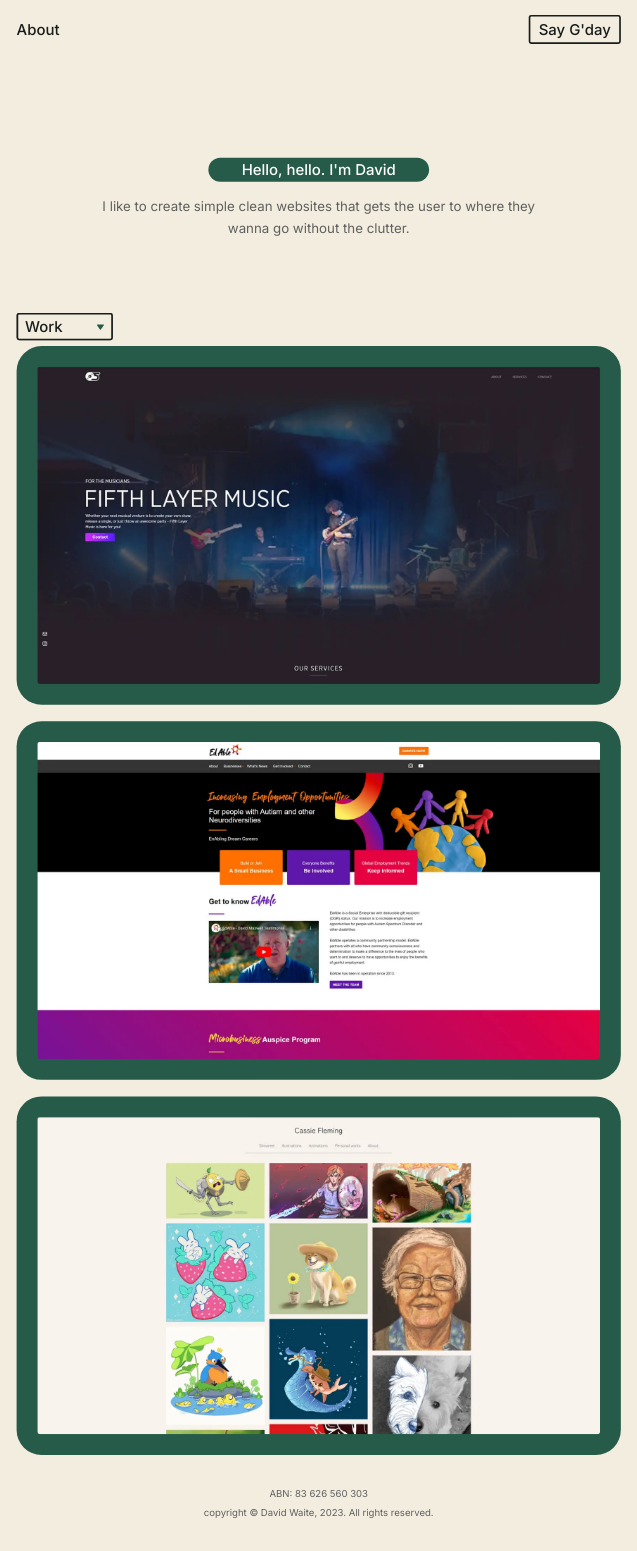
Repository: David-Waite/David-Waite-Portfolio
Page: /
An editor plug-in stored every save of this project. The page is shown before and after the next save, followed by the edit.
The browser window is 768 px wide. The pictures show the whole page, at 83% of full size.
The project was rebuilt for these pictures with package versions that can differ from the ones it lists, and the page was loaded fresh each time. Some packages were replaced by stand-ins written for this rebuild. The framework's server and built-in components were replaced by stand-ins that run in the browser. Also part of the build but not shown: next.config.js.

Above is the page before, as saved 2023-07-28 08:40:20.

### app/layout.tsx
import "./globals.css";
import type { Metadata } from "next";
import { Inter } from "next/font/google";
import NavBar from "./components/Nav/NavBar/NavBar";
import Footer from "./components/Footer/Footer";

const inter = Inter({ subsets: ["latin"] });

export const metadata: Metadata = {
  title: "David Waite | Web Developer",
  description: `David Waite. Web Developer. I like to create simple clean websites that gets the user to where they wanna go without the clutter.`,
  formatDetection: {
    telephone: false,
  },
};

export default function RootLayout({
  children,
}: {
  children: React.ReactNode;
}) {
  return (
    <html lang="en">
      <body className={inter.className}>
        <NavBar />
        <div className="content">{children}</div>

        <Footer />
      </body>
    </html>
  );
}

### app/page.tsx
import Projects from "./components/Home/Projects/Projects";
import styles from "./page.module.css";

export default function Home() {
  return (
    <main className={styles.main}>
      <div className={styles.headingContainer}>
        <h1>Hello, hello. I&apos;m David</h1>
        <p>
          I like to create simple clean websites that gets the user to where
          they wanna go without the clutter.
        </p>
      </div>
      <div className={styles.projectContainer}>
        <Projects />
      </div>
    </main>
  );
}

### app/contact/send/route.ts
import mail from "@sendgrid/mail";
import { NextResponse } from "next/server";

// Create an api key in sendgrid and store someplace safe
mail.setApiKey(process.env.SENDGRID_API_KEY || "");

type ResponseData = {
  status?: string;
  message?: string;
};

export async function POST(request: Request) {
  let response: ResponseData = {};
  const body = await request.json();
  // I know the formData I sent in my request has name, email, and message fields so I'm just manually grabbing them to format a message
  const message = `
    Name: ${body.name}\r\n
    Email: ${body.email}\r\n
    Message: ${body.message}

  `;
  const data = {
    to: "davidwaite122@gmail.com",
    from: "davidwaiteportfolio@zohomail.com.au",
    subject: "Contact Message via Sendgrid",
    text: message,
    html: message.replace(/\r\n/g, "<br>"),
  };

  // Send the data and create a response object. I'm using status and message to display a success or fail notification in the UI
  await mail
    .send(data)
    .then(() => {
      response = {
        status: "success",
        message: "Your message was sent. I'll be in contact shortly.",
      };
    })
    .catch((error) => {
      response = {
        status: "error",
        message: `Message failed to send with error, ${error}`,
      };
    });

  return NextResponse.json(response);
}

### app/globals.css
:root {
  --primary: #255b48;
  --black: #191d1b;
  --background: #f3eddf;
  --white: #ffffff;
  --grey: #606060;
  --error: #a83c23;
}

.paragraph {
  font-size: 18px;
  font-style: normal;
  font-weight: 400;
  line-height: 25.2px;
  color: var(--black);
}

body {
  background-color: var(--background);
  min-height: 100vh;
  display: flex;
  flex-direction: column;
}

.content {
  min-height: calc(100vh - 186px);
}
* {
  padding: 0;
  margin: 0;
  box-sizing: border-box;
}

### app/components/Nav/NavBar/NavBar.tsx
"use client";
import NavButton from "../NavButton/NavButton";
import styles from "./navBar.module.css";
import { usePathname } from "next/navigation";

import Link from "next/link";

export default function NavBar() {
  const currentRoute = usePathname();

  return (
    <nav className={styles.container}>
      <Link
        className={styles.link}
        href={`./${currentRoute === "/" ? "about" : "/"}`}
      >
        {currentRoute === "/" ? "About" : "Home"}
      </Link>

      {currentRoute !== "/contact" && <NavButton />}
    </nav>
  );
}

### app/components/Footer/Footer.tsx
import styles from "./footer.module.css";

export default function Footer() {
  return (
    <footer className={styles.main}>
      <p>ABN: 83 626 560 303</p>
      <p>copyright © David Waite, 2023. All rights reserved.</p>
    </footer>
  );
}

### app/components/Home/Projects/Projects.tsx
"use client";

import Image from "next/image";
import styles from "./projects.module.css";
import Dropdown from "../Dropdown/Dropdown";
import { useState } from "react";

export default function About() {
  const projects: any = [
    {
      image: "/simplySpell.webp",
      imageAlt: "Simply Spell",
      link: "main--radiant-pasca-39ceb4.netlify.app",
      description: "An app to help with spelling",
      madeWith: ["React Native", "expo"],
    },
    {
      image: "/2022Porfolio.webp",
      imageAlt: "2022 portfolio",
      link: "myportfolio-three-psi.vercel.app",
      description: "My portfolio from 2022",
      madeWith: ["Next.Js", "Contentful"],
    },
    {
      image: "/hannahsBirthday.webp",
      imageAlt: "hannahs birthday",
      link: "hannahs-birthday.vercel.app",
      description: "A birthday reminder",
      madeWith: ["React.Js"],
    },
    {
      image: "/zappoWebsite.webp",
      imageAlt: "zappo website landing page",
      link: "zappo-fan-page.vercel.app/",
      description: "A page showcasing my favourite lolly ",
      madeWith: ["React.Js"],
    },
    {
      image: "/boredAPI.webp",
      imageAlt: "boredAPI",
      link: "main--endearing-lebkuchen-f290d5.netlify.app",
      description: "Playing around with bored API",
      madeWith: ["JavaScript"],
    },
    {
      image: "/colourFlipper.webp",
      imageAlt: "colour Flipper main page",
      link: "main--superb-zuccutto-1e7bc5.netlify.app",
      description: "A random colour generator",
      madeWith: ["JavaScript"],
    },
  ];

  const work: any = [
    {
      image: "/FifthLayerMusic.webp",
      imageAlt: "Fifth layer music home",
      link: "fifth-layer-music.vercel.app",
      description: "A platform for musicians to do what they do best",
      madeWith: ["Next.Js"],
    },
    {
      image: "/EdAble.webp",
      imageAlt: "Edable Home",
      link: "www.edable.org.au",
      description:
        "A charity working on employing and educating in the field of autism",
      madeWith: ["Next.Js", "Contentful"],
    },
    {
      image: "/CassieFleming.webp",
      imageAlt: "Cassie Fleming illustrations",
      link: "www.cassiefleming.com",
      description: "An animation portfolio",
      madeWith: ["Next.Js", "Contentful"],
    },
  ];

  const [dropdown, setDropdown] = useState({
    selected: "Work",
    unselected: "Projects",
  });

  function handleSelect() {
    setDropdown((prev) => {
      return {
        selected: prev.unselected,
        unselected: prev.selected,
      };
    });
  }
  const data = dropdown.selected === "Projects" ? projects : work;

  const projectCardsElement: any = data.map((item: any) => {
    return (
      <div key={item.title} className={styles.contaner}>
        <div className={styles.outerContainer}>
          <div className={styles.projectsCard}>
            <div className={styles.projectContainer}>
              <div className={styles.projectInfo}>
                <div></div>
                <div>
                  <h2>{item.link}</h2>
                  <p>{item.description}</p>
                  <p className={styles.linkContainer}>
                    <a
                      href={`https://${item.link}`}
                      target="_blank"
                      className={styles.link}
                    >
                      View Website
                    </a>
                  </p>
                </div>

                <ul className={styles.madeWith}>
                  {item.madeWith.map((madewith: any) => (
                    <li key={item.title}>
                      {`${madewith}${
                        madewith === item.madeWith[item.madeWith.length - 1]
                          ? ""
                          : ","
                      }`}
                    </li>
                  ))}
                </ul>
              </div>

              <Image
                className={styles.projectImages}
                src={item.image}
                alt={item.imageAlt}
                fill={true}
              />
            </div>
          </div>
        </div>
      </div>
    );
  });
  return (
    <>
      <Dropdown onClick={handleSelect} dropdown={dropdown} />
      <div className={styles.projectsGrid}>{projectCardsElement}</div>
    </>
  );
}

### app/page.module.css
.main {
  margin: 0 30px;
}
.headingContainer {
  display: flex;
  flex-direction: column;
  align-items: center;
  margin: 120px 0px;
}

.headingContainer h1 {
  background-color: var(--primary);
  color: var(--white);
  font-size: 18px;
  font-weight: 500;
  padding: 4px 40px;
  border-radius: 20px;
  margin-bottom: 16px;
}

.headingContainer p {
  color: var(--grey);
  max-width: 550px;
  text-align: center;
  line-height: 27px;
}

@media (max-width: 768px) {
  .main {
    margin: 0 20px;
  }
  .projectContainer {
    margin: 0;
  }
}

@media (max-width: 425px) {
  .headingContainer h1,
  .headingContainer h1 p {
    font-size: 16px;
  }
}

### app/components/Nav/NavButton/NavButton.tsx
import styles from "./navButton.module.css";

import Link from "next/link";

export default function NavButton() {
  return (
    <Link className={styles.container} href={"./contact"}>
      Say G&apos;day
    </Link>
  );
}

### app/components/Nav/NavBar/navBar.module.css
.container {
  display: flex;
  align-items: center;
  justify-content: space-between;
  height: 70px;
  padding: 0 30px;
}

.link {
  color: var(--black);
  text-decoration: none;
  font-size: 18px;
  font-weight: 500;
  cursor: pointer !important;
}

.link:hover {
  color: var(--grey);
}

@media (max-width: 768px) {
  .container {
    padding: 0 20px;
  }
}
@media (max-width: 425px) {
  .link {
    font-size: 16px;
  }
}

### app/components/Footer/footer.module.css
.main {
  text-align: center;
  margin-top: 40px;
  margin-bottom: 40px;
  font-size: 11.52px;
  color: var(--grey);
  display: flex;
  flex-direction: column;
  gap: 8px;
}

### app/components/Home/Projects/projects.module.css
.projectsGrid {
  display: grid;
  grid-template-columns: 1fr 1fr 1fr;
  gap: 30px;
}

.projectsCard {
  background-color: var(--primary);
  height: calc((100vw / 3) / 16 * 9);
  border-radius: 30px;
  display: flex;
  align-items: center;
  justify-content: center;
}

.projectContainer {
  position: relative;
  height: calc(100% - 120px);
  width: calc(100% - 168px);
}
.projectImages {
  object-fit: contain;
  z-index: 0;
  transition: 0.4s;
  border-radius: 3px;
}
.projectInfo {
  position: absolute;
  top: 50%;
  left: 50%;
  width: 100%;
  height: 100%;
  transform: translate(-50%, -50%);
  z-index: 2;
  display: flex;
  flex-direction: column;
  justify-content: space-between;
  align-items: center;
  opacity: 0;
  transition: 0.4s;
}

.projectsCard h2 {
  text-align: center;
  color: var(--white);
  font-size: 18px;
  font-weight: 500;
}

.projectsCard p {
  font-size: 18px;
  text-align: center;
  margin: 8px 30px 0 30px;
  color: var(--white);
  font-weight: 300;
}

.madeWith {
  list-style: none;
  display: flex;
  justify-content: center;
  gap: 8px;
  color: #a7a7a7;
  font-size: 14.4px;
}

.contaner:hover .projectImages {
  opacity: 0;
  transform: scale(1.1);
}

.contaner:hover .projectInfo {
  opacity: 1;
}

.linkContainer {
  padding-top: 16px;
}
.link {
  text-align: center;
  border: 2px solid var(--white);
  padding: 4px 8px;
  text-decoration: none;
  color: var(--white);
  border-radius: 3px;
  font-weight: 500;
}

.link:hover {
  color: var(--primary);
  background-color: var(--white);
}
@media (max-width: 1700px) {
  .projectContainer {
    height: calc(100% - 68px);
    width: calc(100% - 82px);
  }
}

@media (max-width: 1300px) {
  .projectsGrid {
    grid-template-columns: 1fr 1fr;
  }

  .projectsCard {
    background-color: var(--primary);
    height: calc((100vw / 2) / 16 * 9);
  }
}

@media (max-width: 768px) {
  .projectsGrid {
    grid-template-columns: 1fr;
    gap: 20px;
  }

  .projectsCard {
    height: calc((100vw) / 16 * 9);
  }

  .projectContainer {
    height: calc(100% - 50px);
    width: calc(100% - 50px);
  }
}

@media (max-width: 425px) {
  .projectsCard p,
  .projectsCard h2 {
    font-size: 16px;
  }
  .link {
    font-size: 12px;
  }
  .linkContainer {
    padding-top: 8px;
  }

  .madeWith {
    font-size: 12.8px;
  }
  .projectContainer {
    height: calc(100% - 50px);
    width: calc(100% - 0px);
  }
}

### app/components/Home/Dropdown/Dropdown.tsx
"use client";

import { useState } from "react";
import styles from "./dropdown.module.css";
import { BiSolidDownArrow } from "react-icons/bi";

export default function Dropdown(props: { onClick: any; dropdown: any }) {
  const [selectTopHover, setSelectTopHover] = useState(false);
  const [hover, setHover] = useState(false);

  function handleSelect() {
    props.onClick();
    setHover(false);
  }

  function toggleSelect() {
    setHover((prev) => !prev);
  }

  const openStyle = {
    top: "-32px",
  };

  const closedStyle = {
    top: "6px",
  };

  const openSVGStyle = {
    transform: "rotate(180deg)",
  };

  const hoverSVGStyle = {
    color: "white",
  };

  return (
    <div
      className={styles.selectContainer}
      onMouseLeave={() => setHover(false)}
    >
      <div
        className={styles.select}
        onMouseOver={() => setSelectTopHover(true)}
        onMouseOut={() => setSelectTopHover(false)}
        onClick={toggleSelect}
      >
        {props.dropdown.selected}
        <BiSolidDownArrow
          style={Object.assign(
            hover && openSVGStyle,
            selectTopHover && hoverSVGStyle
          )}
        />
      </div>
      <div
        onClick={handleSelect}
        className={styles.dropdown}
        style={hover ? closedStyle : hover === false ? openStyle : closedStyle}
      >
        {props.dropdown.unselected}
      </div>
    </div>
  );
}

### app/components/Nav/NavButton/navButton.module.css
.container {
  border: 2px solid var(--black);
  color: var(--black);
  font-weight: 500;
  border-radius: 3px;
  font-size: 18px;
  padding: 5px 10px;
  transition: 0.3s;
  text-decoration: none;
  cursor: pointer !important;
}

.container:hover {
  background-color: var(--primary);
  color: var(--white);
}

@media (max-width: 425px) {
  .container {
    font-size: 16px;
  }
}

### app/components/Home/Dropdown/dropdown.module.css
.selectContainer {
  display: flex;
  position: relative;
  width: 116px;

  height: 8px;
}
.select {
  width: 116px;
  z-index: 2;
  top: -32px;
  position: absolute;
  display: flex;
  justify-content: space-between;
  align-items: center;
  font-size: 18px;
  color: var(--black);
  border: 2px solid var(--black);
  border-radius: 3px;
  padding: 4px 8px;
  background-color: var(--background);
  margin-bottom: 8px;
  font-weight: 500;
  transition: 0.3s;
  cursor: pointer !important;
}

.select:hover {
  background-color: var(--primary);
  color: var(--white);
}

.select svg {
  font-size: 10px;
  color: var(--primary);
  transition: 0.3s;
}

.dropdown {
  position: absolute;
  z-index: 1;
  color: var(--grey);
  width: 100%;
  font-size: 18px;
  border: 2px solid var(--grey);
  border-radius: 3px;
  padding: 4px 8px;
  background-color: var(--background);
  margin-bottom: 8px;
  transition: 0.3s;
  font-weight: 500;
  cursor: pointer !important;
}

.dropdown:hover {
  background-color: var(--primary);
  color: var(--white);
  border-color: var(--black);
}

@media (max-width: 425px) {
  .select,
  .dropdown {
    font-size: 16px;
    width: 108px;
  }
}

After the next save:
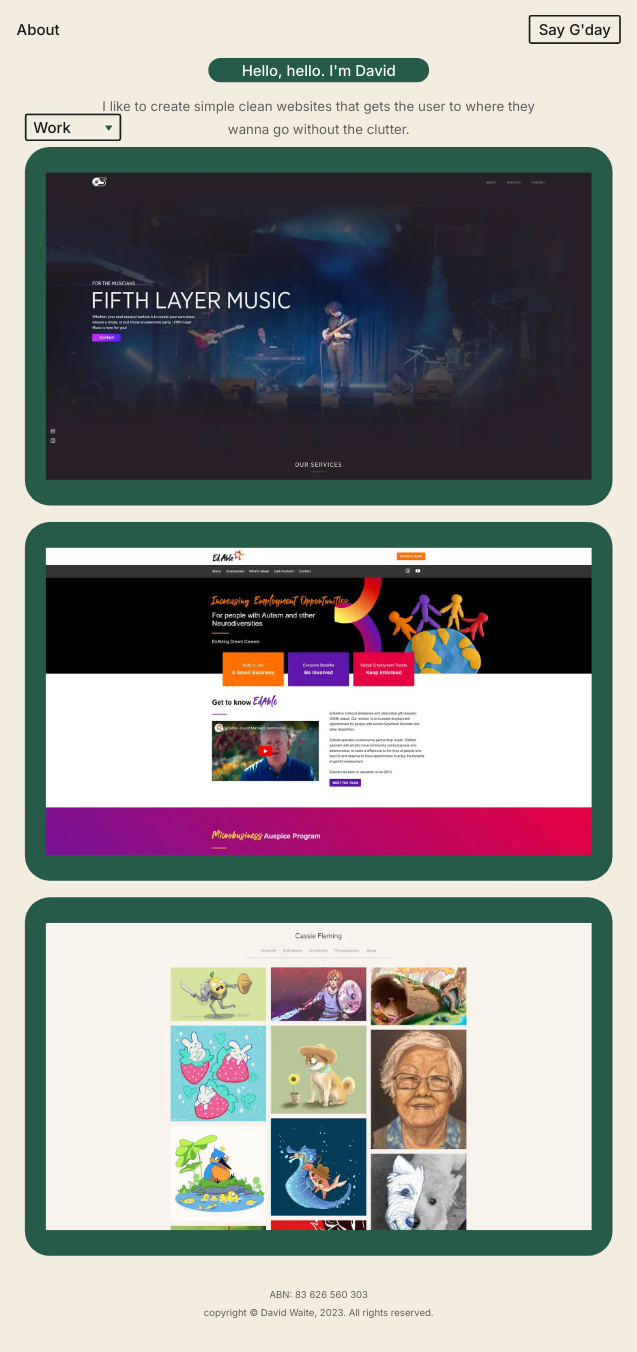
Saved 7 s later.
--- a/app/page.module.css
+++ b/app/page.module.css
@@ -26,7 +26,7 @@
 }
 
 @media (max-width: 768px) {
-  .main {
+  .headingContainer {
     margin: 0 20px;
   }
   .projectContainer {

After the save that followed:
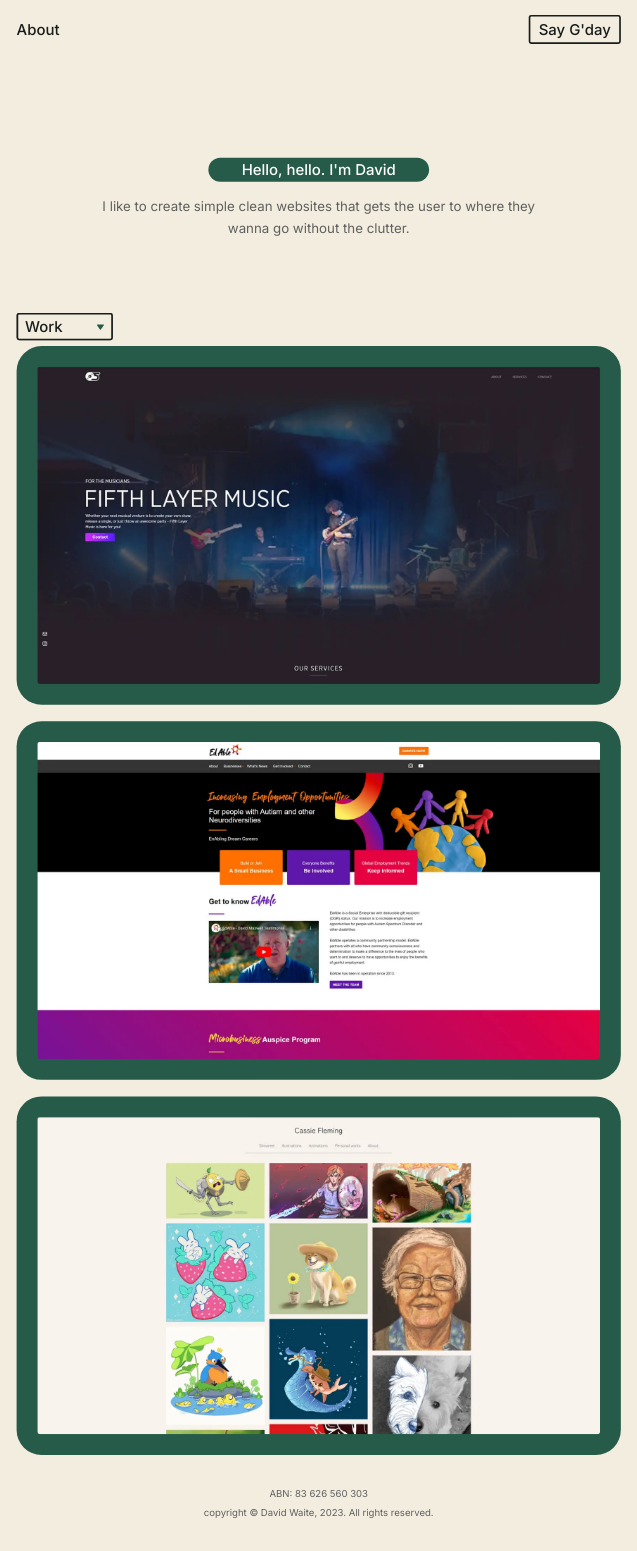
Saved 9 s later.
--- a/app/page.module.css
+++ b/app/page.module.css
@@ -26,7 +26,7 @@
 }
 
 @media (max-width: 768px) {
-  .headingContainer {
+  .main {
     margin: 0 20px;
   }
   .projectContainer {
